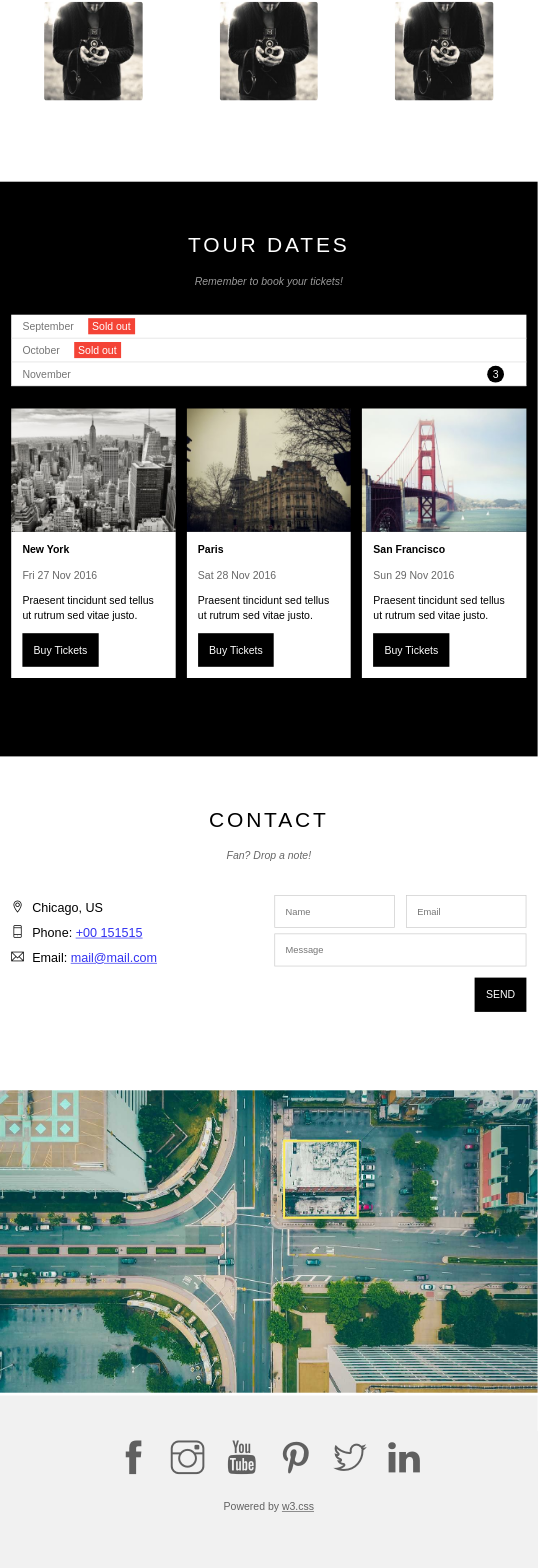
Repository: hoangtranduchai/The_Band
Page: index.html
These files come from the project's save history. The page is drawn as it stood at one moment and after the next save; the edit follows.
The browser window is 768 px wide. The pictures show the part of the page from y = 862 to 3102 px (the page is 3102 px tall before and 3065 px after), at 70% of full size.

Above is the page before, as saved 2021-08-15 15:59:06.

### index.html
<!DOCTYPE html>
<html lang="en">
<head>
    <meta charset="UTF-8">
    <meta http-equiv="X-UA-Compatible" content="IE=edge">
    <meta name="viewport" content="width=device-width, initial-scale=1.0">
    <title>The Band</title>
    <link rel="icon" href="./assets/img/favicon/TRAVELOK.png" type="image/x-icon"/>
    <link rel="stylesheet" href="./assets/css/style.css">
    <link rel="stylesheet" href="./assets/css/responsive.css">
    <link rel="stylesheet" href="./assets/fonts/themify-icons-font/themify-icons/themify-icons.css">
</head>
<body>
    <div id="main">
        <!-- Begin: Header -->
        <div id="header">
            <!-- Begin: Navigation -->
            <ul id="nav">
                <li><a href="#">Home</a></li>
                <li><a href="#band">Band</a></li>
                <li><a href="#tour">Tour</a></li>
                <li><a href="#contact">Contact</a></li>
                <li>
                    <a href="#">
                        More
                        <i class="angle-down-icon ti-angle-down"></i>
                    </a>
                    <ul class="subnav">
                        <li><a href="#">Merchandise</a></li>
                        <li><a href="#">Extras</a></li>
                        <li><a href="#">Media</a></li>
                    </ul>
                </li>
            </ul>
            <!-- End: Navigation -->

            <!-- Search button -->
            <div class="search-btn">
                <i class="search ti-search"></i>
            </div>

            <!-- Mobile menu button -->
            <div id="mobile-menu" class="mobile-menu-btn">
                <i class="menu-icon ti-menu"></i>
            </div>
        </div>
        <!-- End: Header -->

        <!-- Begin: Slider -->
        <div id="slider">
            <div class="text-slider">
                <h2 class="text-header">Chicago</h2>
                <div class="text-description">Thank you, Chicago - A night we won't forget.</div>
            </div>
        </div>
        <!-- End: Slider -->

        <!-- Begin: Content -->
        <div id="content">
            <!-- Begin: About section -->
            <div id="band" class="content-section">
                <h2 class="section-heading">THE BAND</h2>
                <p class="section-sub-heading">We love music</p>
                <p class="content-about">
                    We have created a fictional band website. Lorem ipsum dolor sit amet, consectetur adipiscing elit, sed do eiusmod tempor incididunt ut labore et dolore magna aliqua. Ut enim ad minim veniam, quis nostrud exercitation ullamco laboris nisi ut aliquip ex ea commodo consequat. Duis aute irure dolor in reprehenderit in voluptate velit esse cillum dolore eu fugiat nulla pariatur. Excepteur sint occaecat cupidatat non proident, sunt in culpa qui officia deserunt mollit anim id est laborum consectetur adipiscing elit, sed do eiusmod tempor incididunt ut labore et dolore magna aliqua. Ut enim ad minim veniam, quis nostrud exercitation ullamco laboris nisi ut aliquip ex ea commodo consequat.
                </p>
                <div class="row member-list">
                    <div class="column column-third s-column-full mt-32 text-center">
                        <p class="member-name">Name</p>
                        <img src="./assets/img/band/member1.jpg" alt="Name" class="member-img">
                    </div>
                    <div class="column column-third s-column-full mt-32 text-center">
                        <p class="member-name">Name</p>
                        <img src="./assets/img/band/member1.jpg" alt="Name" class="member-img">
                    </div>
                    <div class="column column-third s-column-full mt-32 text-center">
                        <p class="member-name">Name</p>
                        <img src="./assets/img/band/member1.jpg" alt="Name" class="member-img">
                    </div>
                </div>
            </div>
            <!-- End: About section -->

             <!-- Begin: Tour section -->
            <div id="tour" class="tour-section">
                <div class="content-section">
                    <h2 class="section-heading text-white">TOUR DATES</h2>
                    <p class="section-sub-heading text-white">Remember to book your tickets!</p>

                    <ul class="ticket-list">
                        <li>September <span class="sold-out">Sold out</span></li>
                        <li>October <span class="sold-out">Sold out</span></li>
                        <li>November <span class="quantity">3</span></li>
                    </ul>

                    <!-- Places -->
                    <div class="row places-list">
                        <div class="column column-third s-column-full mt-16">
                            <img src="./assets/img/places/place1.jpg" alt="New York" class="place-img">
                            <div class="place-body">
                                <h3 class="place-heading">New York</h3>
                                <p class="place-time">Fri 27 Nov 2016</p>
                                <p class="place-description">Praesent tincidunt sed tellus ut rutrum sed vitae justo.</p>
                                <button class="btn mt-16 s-full-width js-buy-ticket">Buy Tickets</button>
                            </div>
                        </div>
                        <div class="column column-third s-column-full mt-16">
                            <img src="./assets/img/places/place2.jpg" alt="Paris" class="place-img">
                            <div class="place-body">
                                <h3 class="place-heading">Paris</h3>
                                <p class="place-time">Sat 28 Nov 2016</p>
                                <p class="place-description">Praesent tincidunt sed tellus ut rutrum sed vitae justo.</p>
                                <button class="btn mt-16 s-full-width js-buy-ticket">Buy Tickets</button>
                            </div>
                        </div>
                        <div class="column column-third s-column-full mt-16">
                            <img src="./assets/img/places/place3.jpg" alt="San Francisco" class="place-img">
                            <div class="place-body">
                                <h3 class="place-heading">San Francisco</h3>
                                <p class="place-time">Sun 29 Nov 2016</p>
                                <p class="place-description">Praesent tincidunt sed tellus ut rutrum sed vitae justo.</p>
                                <button class="btn mt-16 s-full-width js-buy-ticket">Buy Tickets</button>
                            </div>
                        </div>
                    </div>
                </div>
            </div>
             <!-- End: Tour section -->

             <!-- Begin: Contact section -->
             <div id="contact" class="content-section">
                <h2 class="section-heading">CONTACT</h2>
                <p class="section-sub-heading">Fan? Drop a note!</p>

                <div class="row contact-content">
                    <div class="column column-second s-column-full contact-info">
                        <p><i class="ti-location-pin"></i>Chicago, US</p>
                        <p><i class="ti-mobile"></i>Phone: <a href="tel:+00 151515">+00 151515</a></p>
                        <p><i class="ti-email"></i>Email: <a href="mailto:mail@mail.com">mail@mail.com</a></p>
                    </div>
                    <div class="column column-second s-column-full contact-form">
                        <form action="">
                            <div class="row">
                                <div class="column column-second s-column-full">
                                    <input type="text" name="" placeholder="Name" required class="form-control">
                                </div>
                                <div class="column column-second s-column-full s-mt-8">
                                    <input type="email" name="" placeholder="Email" required class="form-control">
                                </div>
                            </div>
                            <div class="row mt-8">
                                <div class="column column-full">
                                    <input type="text" name="" placeholder="Message" required class="form-control">
                                </div>
                            </div>
                            <input class="btn pull-right mt-16 s-full-width" type="submit" value="SEND">
                        </form>
                    </div>
                </div>
            </div>
            <!-- End: Contact section -->

            <!-- Begin: Map section -->
            <div class="map-section">
                <img src="./assets/img/map/map.jpg" alt="Map">
            </div>
            <!-- End: Map section -->
        </div>
        <!-- End: Content -->

        <!-- Begin: Footer -->
        <div id="footer">
            <div class="socials-list">
                <a href="#"><i class="ti-facebook"></i></a>
                <a href="#"><i class="ti-instagram"></i></a>
                <a href="#"><i class="ti-youtube"></i></a>
                <a href="#"><i class="ti-pinterest"></i></a>
                <a href="#"><i class="ti-twitter"></i></a>
                <a href="#"><i class="ti-linkedin"></i></a>
            </div>
            <p class="copyright">Powered by <a href="#">w3.css</a></p>
        </div>
        <!-- End: Footer -->
    </div>

    <!-- Begin: Modal -->
    <div class="modal js-modal">
        <div class="modal-container js-modal-container">
            <div class="modal-close js-modal-close">
                <i class="close ti-close"></i>
            </div>

            <header class="modal-header">
                <i class="bag ti-bag"></i>
                Tickets
            </header>

            <div class="modal-body">
                <label for="quantity" class="modal-label">
                    <i class="cart ti-shopping-cart"></i>
                    Tickets, $15 per person
                </label>
                <input id="quantity" type="text" class="modal-input" placeholder="How many?">

                <label for="email" class="modal-label">
                    <i class="user ti-user"></i>
                    Send To
                </label>
                <input id="email" type="email" class="modal-input" placeholder="Enter email">

                <button class="pay-ticket-btn">
                    Pay
                    <i class="check ti-check"></i>
                </button>
            </div>

            <footer class="modal-footer">
                <p class="text-footer">
                    Need
                    <a href="" class="modal-help">help?</a>
                </p>
            </footer>
        </div>
    </div>

    <!-- Show/Hide Buy Tickets -->
    <script>
        const buyBtns = document.querySelectorAll('.js-buy-ticket');
        const modal = document.querySelector('.js-modal');
        const modalContainer = document.querySelector('.js-modal-container');
        const modalClose = document.querySelector('.js-modal-close');

        //Hàm hiển thị modal mua vé (Thêm class open vào modal)
        function showBuyTickets() {
            modal.classList.add('open');
        }

        //Hàm ẩn modal mua vé (gỡ bỏ class open của modal)
        function hideBuyTickets() {
            modal.classList.remove('open');
        }

        //Lặp qua từng thẻ button và nghe hành vi click
        for(const buyBtn of buyBtns) {
            buyBtn.addEventListener('click', showBuyTickets);
        }

        //Nghe hành vi click vào button close
        modalClose.addEventListener('click', hideBuyTickets);

        modal.addEventListener('click', hideBuyTickets);

        modalContainer.addEventListener('click', function(event) {
            event.stopPropagation();
        })
    </script>

    <!-- Open/Close Mobile Menu -->
    <script>
        var header = document.getElementById('header');
        var mobileMenu = document.getElementById('mobile-menu');
        var headerHeight = header.clientHeight;

        // Đóng/mở mobile menu
        mobileMenu.onclick = function() {
            var isClose = header.clientHeight === headerHeight;
            if (isClose) {
                header.style.height = 'auto';
            } else {
                header.style.height = null;
            }
        }

        // Tự động đóng khi chọn Menu
        var menuItems = document.querySelectorAll('#nav li a[href*="#"]');
        for (var i = 0; i < menuItems.length; i++) {
            var menuItem = menuItems[i];

            menuItem.onclick = function(event) {
                var isParentMenu = this.nextElementSibling && this.nextElementSibling.classList.contains('subnav');
                if (isParentMenu) {
                    event.preventDefault();
                } else {
                    header.style.height = null;
                }
            }
        }
    </script>
</body>
</html>

### assets/css/style.css
* {
    padding: 0;
    margin: 0;
    box-sizing: border-box;
}


/* Common */
html {
    scroll-behavior: smooth;
    font-family: Arial, Helvetica, sans-serif;
}

.clear {
    clear: both;
}

.text-white {
    color: #fff !important;
}

.text-center {
    text-align: center !important;
}

.pull-right {
    float: right !important;
}

.row {
    margin-left: -8px;
    margin-right: -8px;
}

.row::after {
    content:"";
    display: block;
    clear: both;
}

.column {
    float: left;
    padding-left: 8px;
    padding-right: 8px;
}

.column-full {
    width: 100%;
}

.column-second {
    width: 50%;
}

.column-third {
    width: calc(100% / 3);
}

.mt-8 {
    margin-top: 8px;
}

.mt-16 {
    margin-top: 16px;
}

.mt-32 {
    margin-top: 32px;
}

.btn {
    border: none;
    background: #000;
    color: #fff;
    text-decoration: none;
    padding: 8px 16px;
    display: inline-block;
    font-weight: 500;
    line-height: 1.5;
    font-size: 15px;
    border: none;
    appearance: none;
    -webkit-appearance: none;
}

.btn:hover {
    color: #000;
    background: #ccc;
    cursor: pointer;
}

/* Main */
#main {

}

#header {
    position: fixed;
    top: 0;
    width: 100%;
    height: 46px;
    background-color: #000;
    box-shadow: 0 0 8px rgba(0, 0, 0, 0.3);
    z-index: 1;
}

#nav {
    display: inline-block;
}

#nav, .subnav {
    list-style: none;
}

#nav > li {
    display: inline-block;
}

#nav li {
    position: relative;
}

#nav > li > a {
    color: #fff;
    text-transform: uppercase;
}

#nav li a {
    text-decoration: none;
    line-height: 46px;
    padding: 0 24px;
    display: block;
}

#nav .angle-down-icon {
    font-size: 14px;
}

#nav li:hover .subnav {
    display: block;
}

#nav > li:hover > a,
#nav .subnav li:hover a {
    color: #000;
    background: #ccc;
}

#nav .subnav {
    display: none;
    position: absolute;
    top: 100%;
    min-width: 160px;
    background: #fff;
    box-shadow: 0 0 10px rgba(0, 0, 0, 0.3);
}

#nav .subnav a {
    color: #000;
    padding: 0 16px;
    line-height: 38px;
}

#header .mobile-menu-btn {
    position: absolute;
    top: 0;
    right: 0;
    display: none;
}

#header .mobile-menu-btn,
#header .search-btn {
    float: right;
    padding: 0 21px;
}

#header .search-btn:hover {
    background: #f44336;
    cursor: pointer;
}

#header .mobile-menu-btn:hover {
    background: #ccc;
}

#header .mobile-menu-btn:hover .menu-icon{
    color: #000;
}

#header .menu-icon,
#header .search {
    color: #fff;
    font-size: 20px;
    line-height: 46px;
}

#slider {
    position: relative;
    margin-top: 46px;
    padding-top: 50%;
    background: url('../img/slider/slider1.jpg') top center / cover no-repeat;
}

#slider .text-slider {
    position: absolute;
    bottom: 47px;
    color: #fff;
    width: 100%;
    text-align: center;
}

#slider .text-header {
    font-weight: 400;
    font-size: 24px;
}

#slider .text-description {
    font-weight: 700;
    font-size: 15px;
    margin-top: 25px;
}


#content {

}

#content .content-section {
    width: 800px;
    max-width: 100%;
    padding-top: 64px;
    padding-bottom: 112px;
    margin-left: auto;
    margin-right: auto;
    padding-left: 16px;
    padding-right: 16px;
}

#content .section-heading {
    margin-top: 10px;
    font-size: 30px;
    font-weight: 100;
    text-align: center;
    letter-spacing: 4px;
}

#content .section-sub-heading {
    font-size: 15px;
    text-align: center;
    margin-top: 25px;
    font-style: italic;
    opacity: 0.6;
}

#content .content-about {
    margin-top: 25px;
    font-size: 15px;
    text-align: justify;
    line-height: 1.4;
}

#content .member-list {
    margin-top: 32px;
}

#content .member-name {
    margin-top: 15px;
    font-size: 15px;
}

#content .member-img {
    margin-top: 16px;
    width: 60%;
    border-radius: 4px;
}

/* Tour section */

.tour-section {
    background: #000;
}

.tour-section .ticket-list {
    background: #fff;
    margin-top: 40px;
    list-style: none;
}

.tour-section .ticket-list li {
    color: #757575;
    font-size: 15px;
    padding: 8px 16px;
    border-bottom: 1px solid #ddd;
}

.tour-section .ticket-list .sold-out {
    background: #f44336;
    color: #fff;
    padding: 3px 6px;
    margin-left: 16px;
}

.tour-section .ticket-list .quantity {
    float: right;
    width: 24px;
    height: 24px;
    background: #000;
    color: #fff;
    border-radius: 50%;
    text-align: center;
    line-height: 24px;
    margin-right: 16px;
    margin-top: -3px;
}

/* Places */
.places-list {
    margin-top: 16px;
}

.place-img {
    width: 100%;
    display: block;
}

.place-img:hover {
    opacity: 0.6;
    cursor: pointer;
}

.place-body {
    background: #fff;
    font-size: 15px;
    padding: 15px 16px 16px;
    line-height: 1.4;
}

.place-heading {
    font-size: 15px;
}

.place-time {
    margin-top: 15px;
    opacity: 0.6;
}

.place-description {
    margin-top: 15px;
}

/* Contact */
.contact-content {
    margin-top: 48px;
}

.contact-info {
    font-size: 18px;
    line-height: 1.5;
}

.contact-info i[class*="ti-"] {
    width: 30px;
    display: inline-block;
}

.contact-info a {
    color: #0000EE;
    opacity: 0.8;
}

.contact-info a:hover {
    opacity: 1;
}

.contact-form {
    font-size: 15px;
}

.contact-form .form-control {
    padding: 10px;
    border: 1px solid #ccc;
    width: 100%;
}

/* Map */
.map-section img {
    width: 100%;
}

/* Footer */
#footer {
    padding: 64px 16px;
    text-align: center;
    background: #f1f1f1;
}

#footer .socials-list {
    font-size: 24px;
}

#footer .socials-list a {
    color: rgba(0, 0, 0, 0.6);
    text-decoration: none;
}

#footer .copyright a:hover,
#footer .socials-list a:hover {
    color: rgba(0, 0, 0, 0.4);
}

#footer .copyright {
    margin-top: 15px;
    color: rgba(0, 0, 0, 0.6);
    font-size: 15px;
    line-height: 1.5;
}

#footer .copyright a {
    color: rgba(0, 0, 0, 0.6);
}

/* Modal */
.modal {
    position: fixed;
    top: 0;
    right: 0;
    bottom: 0;
    left: 0;
    background: rgba(0, 0, 0, 0.4);
    align-items: center; /*Căn giữa chiều cao*/
    justify-content: center; /*Căn giữa chiều ngang*/
    z-index: 1;
    display: none;
}

.modal.open {
    display: flex;
}

.modal .modal-container {
    background: #fff;
    width: 900px;
    min-height: 200px;
    position: relative;
    max-width: calc(100% - 32px);
    animation: modalFadeIn ease 0.4s;
}

.modal .modal-container .modal-close {
    position: absolute;
    right: 0;
    top: 0;
    line-height: 1.5;
    padding: 8px 16px;
    color: #fff;
    opacity: 0.8;
}

.modal .modal-container .modal-close:hover {
    opacity: 1;
    cursor: pointer;
}

.modal .modal-container .modal-header {
    font-size: 30px;
    font-weight: 400;
    letter-spacing: 4px;
    height: 130px;
    line-height: 1.5;
    display: flex;
    align-items: center;
    justify-content: center;
    padding: 32px 16px;
    background: #009688;
    color: #fff;
}

.modal-header .bag {
    margin-right: 16px;
}

.modal .modal-container .modal-body {
    padding: 16px;
}

.modal-body .modal-label {
    display: block;
    font-size: 15px;
    line-height: 1.5;
    margin-bottom: 12px;

}

.modal-body .modal-label .cart{

}

.modal-body .modal-input {
    display: block;
    border: 1px solid #ccc;
    padding: 8px;
    width: 100%;
    font-size: 15px;
    line-height: 22px;
    margin-bottom: 24px;
}

.modal-body .modal-label .user {

}

.modal-body .pay-ticket-btn {
    padding: 18px 16px;
    color: #fff;
    background: #009688;
    border: none;
    width: 100%;
    font-weight: 400;
    font-size: 15px;
    text-transform: uppercase;
}

.modal-body .pay-ticket-btn:hover {
    opacity: 0.8;
    cursor: pointer;
}

.modal-body .pay-ticket-btn .check {

}

.modal-container .modal-footer {
    padding: 0 16px;

}

.modal-container .modal-footer .text-footer {
    float: right;
    padding: 16px 0 32px;
    font-size: 15px;
}

.modal-footer .text-footer .modal-help{
    color: #2196F3;
    opacity: 0.7;
}

.modal-footer .text-footer .modal-help:hover {
    opacity: 1;
}

@keyframes modalFadeIn {
    from {
        opacity: 0;
        transform: translateY(-140px);
    }
    to {
        opacity: 1;
        transform: translateY(0);
    }
}

### assets/css/responsive.css
/* PC */
@media (min-width: 1024px) {

}

/* Tablet & Mobile */
@media (max-width: 1023px) {
    #nav .subnav a {
        padding: 5px 12px;
    }

    .btn {
        padding: 13px 16px;
    }

    .contact-info {
        line-height: 2;
    }

    .contact-form .form-control {
        padding: 15px;
    }


    #footer .socials-list {
        font-size: 48px;
    }

    #footer .socials-list a {
        margin: 0 8px;
    }

    #footer .copyright a {
        padding: 13px 0;
        display: inline-block;
    }

    .modal-body .modal-label {
        line-height: 2;
    }

    .modal-body .modal-input {
        padding: 12px;
    }
}

/* Tablet */
@media (max-width: 1023px) and (min-width: 740px) {

}

/* Mobile */
@media (max-width: 739px) {
    .s-full-width,
    .s-column-full {
        width: 100% !important;
    }

    .s-mt-8 {
        margin-top: 8px !important;
    }

    #header {
        overflow: hidden;
    }

    #header .search-btn {
        display: none;
    }

    #header .mobile-menu-btn {
        display: block;
    }

    #nav {
        display: block;
    }

	#nav > li {
        display: block;
    }

    #nav > li:first-child {
        display: inline-block;
    }

    #nav .subnav {
        position: initial;
        background: #333;
    }

    #nav .subnav a {
        color: #fff;
        padding: 4px 40px;
    }

    .contact-form {
        margin-top: 32px;
    }

}

Loaded but not shown: assets/fonts/themify-icons-font/themify-icons/themify-icons.css (common file)

After the next save:
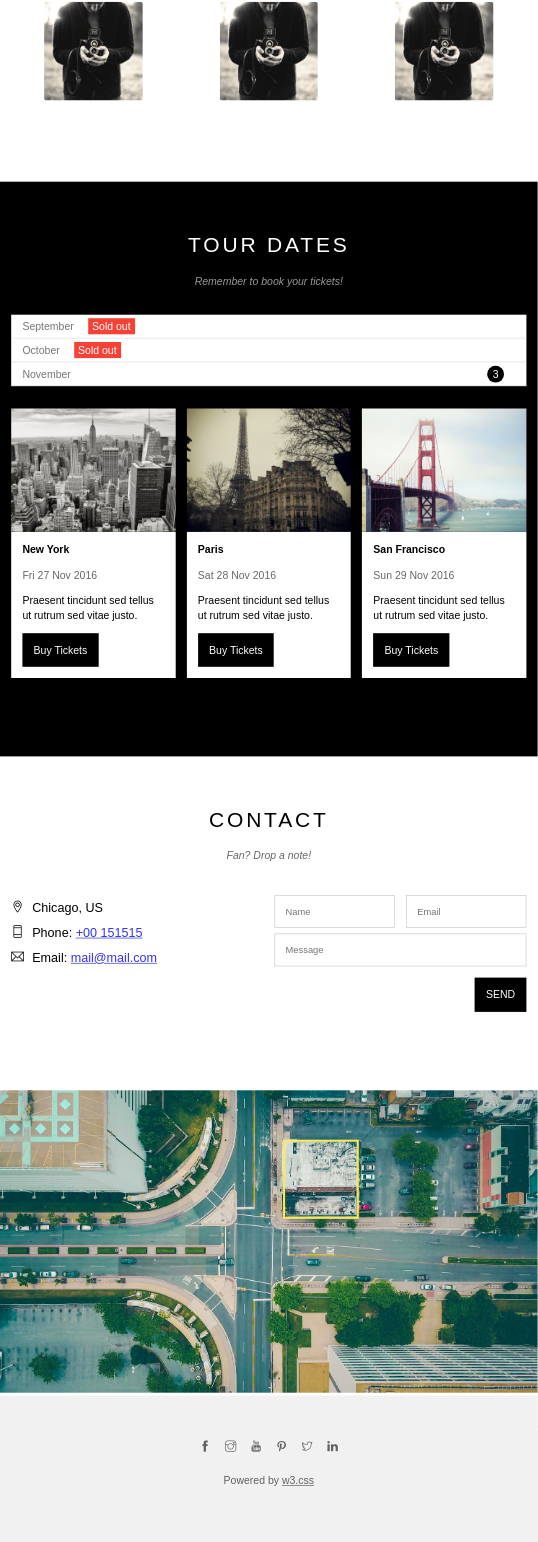
Saved 14 min 9 s later.
--- a/assets/css/responsive.css
+++ b/assets/css/responsive.css
@@ -23,7 +23,7 @@
 
 
     #footer .socials-list {
-        font-size: 48px;
+        font-size: 16px;
     }
 
     #footer .socials-list a {
